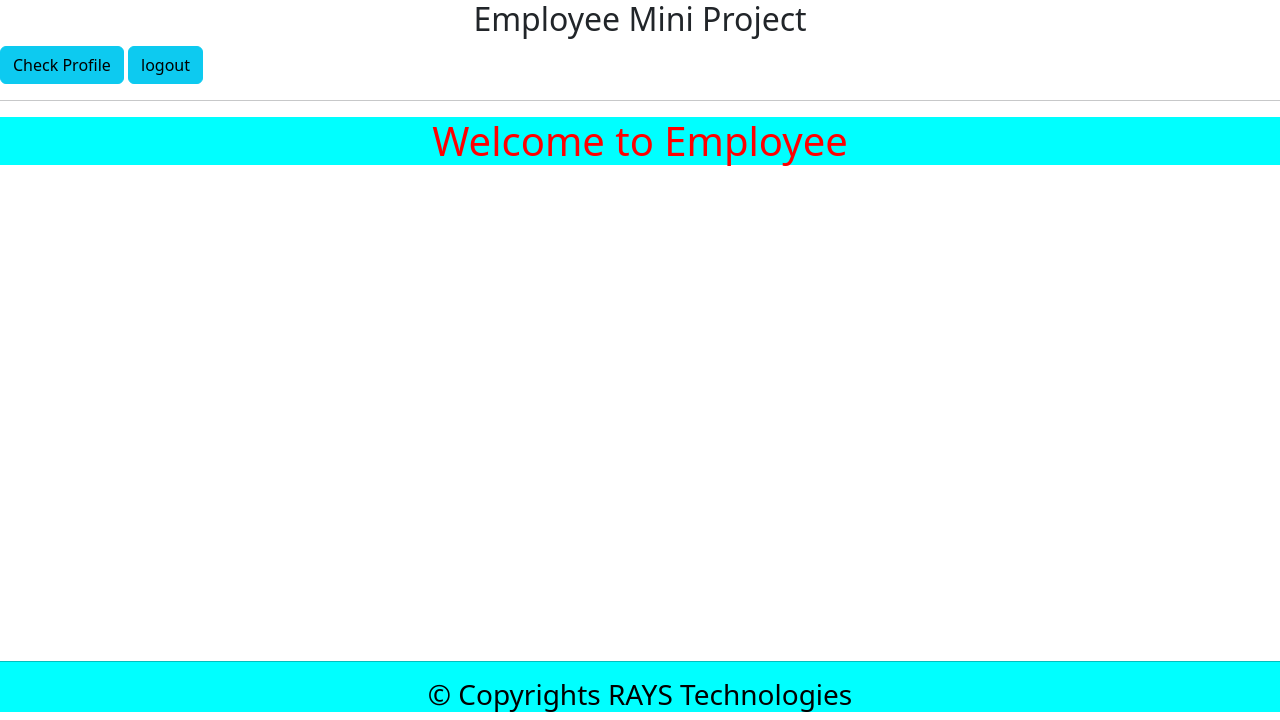
Repository: mca45034/MiniProjectp3
Page: http://localhost/miniproject/welcome.jsp
These files come from the project's save history. The page is drawn as it stood at one moment and after the next save; the edit follows.
The browser window is 1280 px wide. The pictures show the whole page.
The page is served by Tomcat 9.

Above is the page before, as saved 2024-03-03 16:40:07.

After the next save:
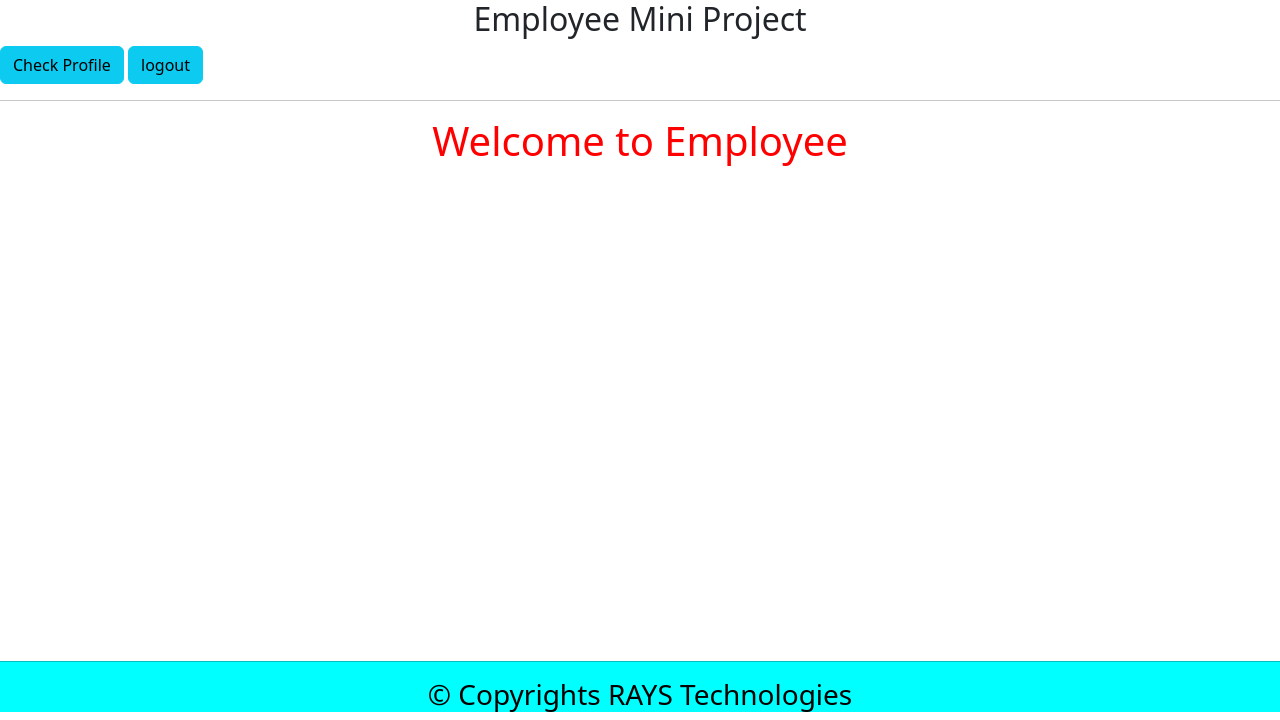
Saved 60 s later.
--- a/project/miniproject/src/main/webapp/welcome.jsp
+++ b/project/miniproject/src/main/webapp/welcome.jsp
@@ -6,18 +6,16 @@
 <meta charset="ISO-8859-1">
 <title>Insert title here</title>
 <style type="text/css">
- form{
- background-color: aqua;
- }
+
 </style>
 </head>
 <body>
 <%@ include file="header.jsp" %>
 <center>
-<form action="">
+
 <h1 style="color: red">Welcome to Employee</h1>
 </center>
-</form>
+
 <%@ include file="Footer.jsp" %>
 </body>
 </html>
